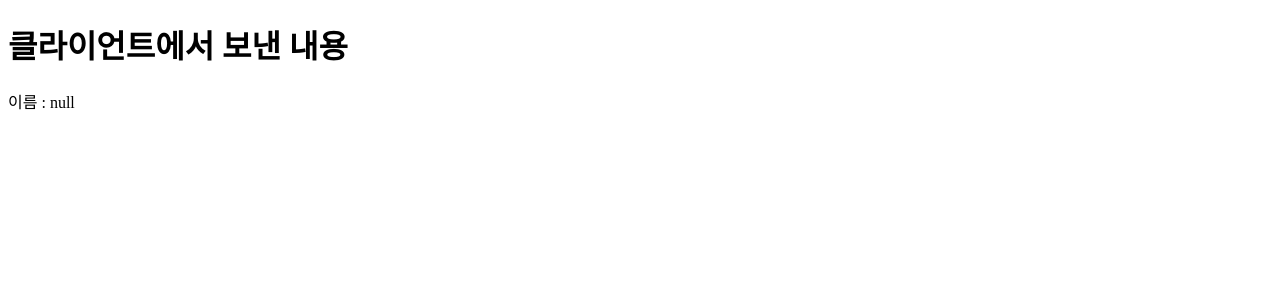
Repository: ZicoPark/Lost-Dev
Page: http://localhost/03_request/result.jsp
The author's editor kept a copy of each file at every save. The page is drawn from the files as they stood at one save, then again after the next save.
The browser window is 1280 px wide. The pictures show the whole page.
The page is served by Tomcat 9.

Above is the page before, as saved 2023-02-20 03:24:14.

### JSP/03_request/WebContent/result.jsp
<%@ page language="java" contentType="text/html; charset=UTF-8"
    pageEncoding="UTF-8"%>
<%

%>
<!DOCTYPE html>
<html>
<head>
<meta charset="UTF-8">
<title>Insert title here</title>
</head>
<body>
	<h1>클라이언트에서 보낸 내용</h1>
	이름 : <%= request.getParameter("userName") %>

</body>
</html>

After the next save:
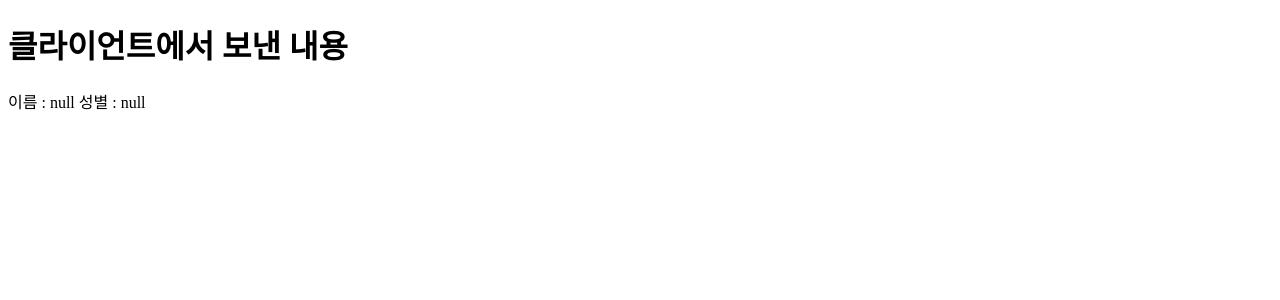
Saved 77 s later.
--- a/JSP/03_request/WebContent/result.jsp
+++ b/JSP/03_request/WebContent/result.jsp
@@ -12,6 +12,7 @@
 <body>
 	<h1>클라이언트에서 보낸 내용</h1>
 	이름 : <%= request.getParameter("userName") %>
+	성별 : <%= request.getParameter("gender") %>
 
 </body>
 </html>
